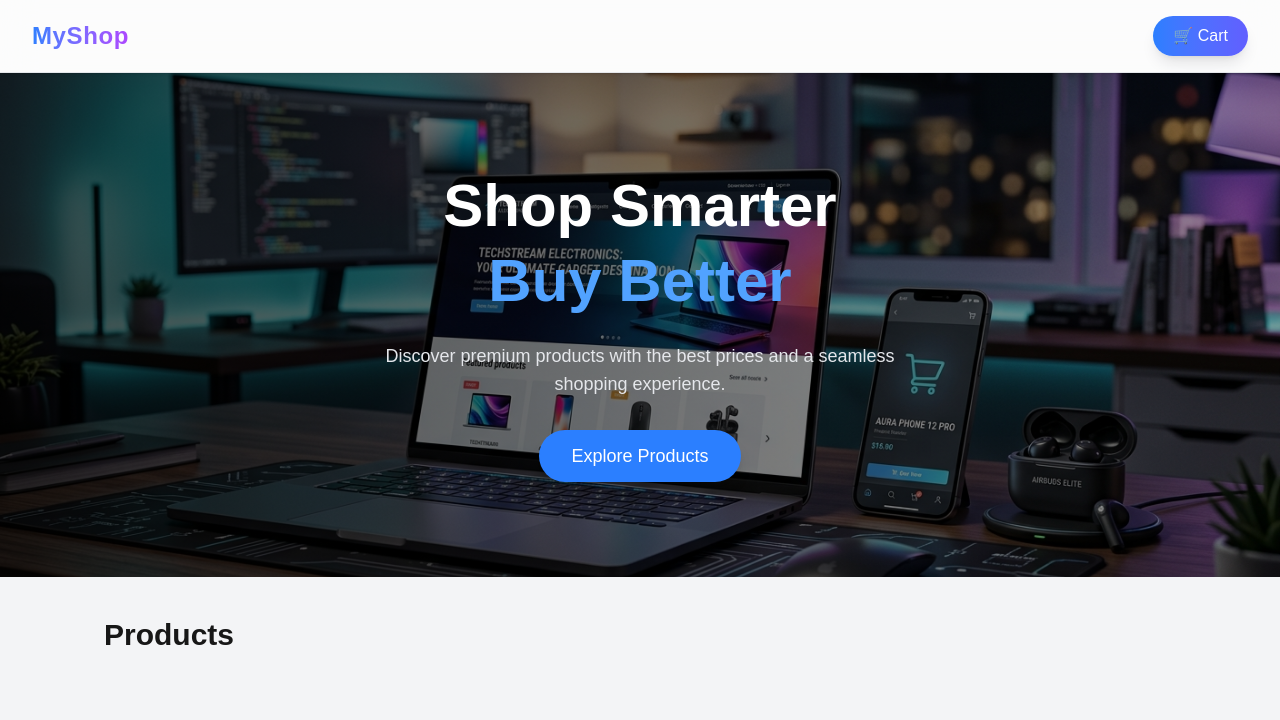
Repository: dipto230/nexist-task
Page: / (app in frontend/)
An editor plug-in stored every save of this project. The page is shown before and after the next save, followed by the edit.
The browser window is 1280 px wide. The pictures show the whole page.
The page's requests for data from a server got no answer. The project was rebuilt for these pictures with package versions that can differ from the ones it lists, and the page was loaded fresh each time. The framework's server and built-in components were replaced by stand-ins that run in the browser. No one was signed in, and anything a server would have sent is missing. Also part of the build but not shown: frontend/next.config.ts.

Above is the page before, as saved 2026-04-30 03:47:24.

After the next save:
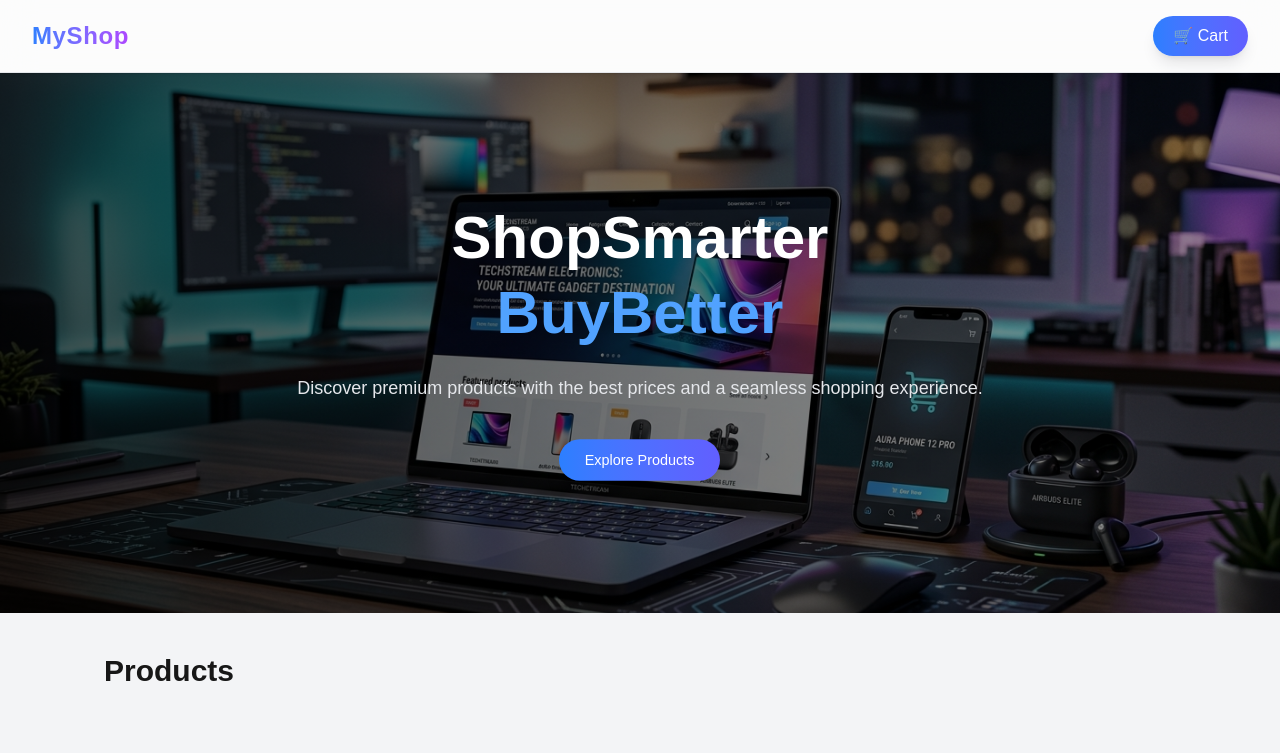
Saved 97 s later.
--- a/frontend/src/components/Hero.tsx
+++ b/frontend/src/components/Hero.tsx
@@ -7,10 +7,24 @@ export default function Hero() {
   useEffect(() => {
     const tl = gsap.timeline();
 
+    // 🔥 Background zoom
+    gsap.fromTo(
+      ".hero-img",
+      { scale: 1.2 },
+      { scale: 1, duration: 2, ease: "power2.out" }
+    );
+
+    // 🔥 Title stagger (letter feel)
     tl.fromTo(
-      ".hero-title",
-      { y: 40, opacity: 0 },
-      { y: 0, opacity: 1, duration: 0.8 }
+      ".hero-title span",
+      { y: 80, opacity: 0 },
+      {
+        y: 0,
+        opacity: 1,
+        duration: 0.8,
+        stagger: 0.05,
+        ease: "power4.out",
+      }
     )
       .fromTo(
         ".hero-sub",
@@ -20,33 +34,54 @@ export default function Hero() {
       )
       .fromTo(
         ".hero-btn",
-        { scale: 0.8, opacity: 0 },
-        { scale: 1, opacity: 1, duration: 0.5 },
+        { scale: 0.7, opacity: 0 },
+        { scale: 1, opacity: 1, duration: 0.5, ease: "back.out(1.7)" },
         "-=0.3"
       );
+
+    // 🔥 Button pulse loop
+    gsap.to(".hero-btn", {
+      scale: 1.05,
+      repeat: -1,
+      yoyo: true,
+      duration: 1.2,
+      ease: "power1.inOut",
+    });
   }, []);
 
   return (
-    <div className="relative h-[70vh] flex items-center justify-center text-center overflow-hidden">
+    <div className="relative h-[75vh] flex items-center justify-center text-center overflow-hidden">
 
-      {/* ✅ Local Image */}
+      {/* Background */}
       <img
         src="/hero.png"
-        alt="hero"
-        className="absolute inset-0 w-full h-full object-cover"
+        className="hero-img absolute inset-0 w-full h-full object-cover"
       />
 
-      {/* ✅ Overlay */}
+      {/* Overlay */}
       <div className="absolute inset-0 bg-gradient-to-r from-black/70 to-black/40"></div>
 
-      {/* ✅ Content */}
-      <div className="relative z-10 text-white px-6">
+      {/* Content */}
+      <div className="relative z-10 text-white px-6 max-w-3xl">
+
+        {/* 🔥 Split text manually */}
         <h1 className="hero-title text-5xl md:text-6xl font-extrabold mb-6 leading-tight">
-          Shop Smarter <br />
-          <span className="text-blue-400">Buy Better</span>
+          {"Shop Smarter".split("").map((char, i) => (
+            <span key={i} className="inline-block">
+              {char}
+            </span>
+          ))}
+          <br />
+          <span className="text-blue-400">
+            {"Buy Better".split("").map((char, i) => (
+              <span key={i} className="inline-block">
+                {char}
+              </span>
+            ))}
+          </span>
         </h1>
 
-        <p className="hero-sub text-lg mb-8 max-w-xl mx-auto text-gray-200">
+        <p className="hero-sub text-lg mb-8 text-gray-200">
           Discover premium products with the best prices and a seamless shopping experience.
         </p>
 
@@ -54,7 +89,7 @@ export default function Hero() {
           onClick={() =>
             window.scrollTo({ top: 700, behavior: "smooth" })
           }
-          className="hero-btn bg-blue-500 px-8 py-3 rounded-full text-lg hover:bg-blue-600 transition shadow-lg"
+          className="hero-btn bg-gradient-to-r from-blue-500 to-indigo-500 px-8 py-3 rounded-full text-lg shadow-xl hover:scale-110 transition"
         >
           Explore Products
         </button>
